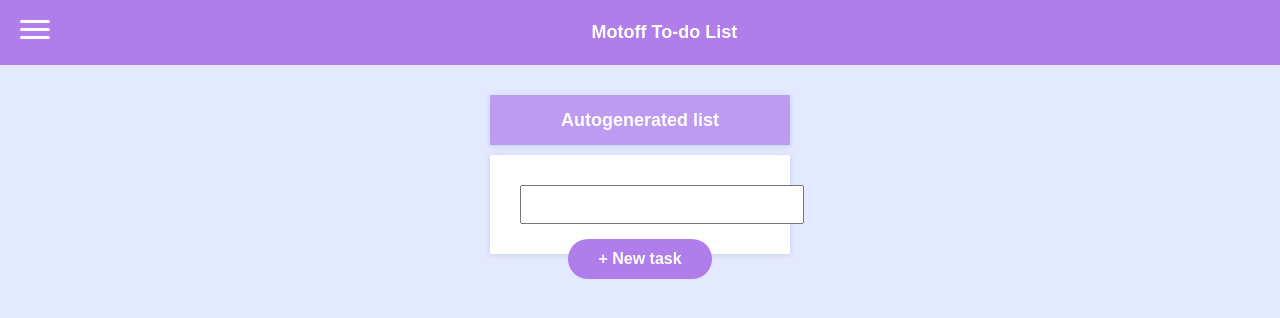
Repository: Amad-Mlinka/Todo-List-Vanilla-JS
Page: index.html
The author's editor kept a copy of each file at every save. The page is drawn from the files as they stood at one save, then again after the next save.
The browser window is 1280 px wide. The pictures show the whole page.
The page's requests for data from a server got no answer.

Above is the page before, as saved 2021-09-15 15:21:22.

### index.html
<!DOCTYPE html>
<html lang="en">
  <head>
    <meta charset="UTF-8" />
    <meta http-equiv="X-UA-Compatible" content="IE=edge" />
    <meta name="viewport" content="width=device-width, initial-scale=1.0" />
    <title>ToDo list</title>
    <link rel="stylesheet" href="/styles/style.css" />
    <link rel="stylesheet" href="/styles/hamburger.css" />
    <link rel="stylesheet" href="/styles/header.css" />
    <script
  src="https://code.jquery.com/jquery-3.6.0.slim.min.js"
  integrity="sha256-u7e5khyithlIdTpu22PHhENmPcRdFiHRjhAuHcs05RI="
  crossorigin="anonymous"></script>
    <script src="script.js"></script>
  </head>
  <body>
    <div class="headerContainer">
      <div class="header">
        <div class="hamburger" id="hamburger">
          <span></span>
          <span></span>
          <span></span>
        </div>
        <div class="titleContainer">
          <span class="title">Motoff To-do List</span>
        </div>
      </div>

      <div class="sidebar"></div>
    </div>
    <div class="container">
      <div class="listContainer">
        <div class="listItem" id="autogenerated">
          <div class="todoHeader">Autogenerated list</div>
          <div class="todoData">
            <div class="newTask">
              <input type="text" name="newTask" id="newTask" class="newTask">
            </div>
          </div>

          <div class="addBtnContainer">
            <div class="addTaskBtn">+ New task</div>
          </div>
        </div>
      </div>
    </div>
  </body>
</html>

### styles/style.css
* {
  padding: 0;
  margin: 0;
}

body {
  background-color: rgb(227, 233, 255);
}
.container {
  display: flex;
  flex-direction: column;
  width: 80%;
  margin: auto;
}
.listContainer {
  width: 100%;
  display: flex;
  flex-direction: row;
  flex-wrap: wrap;
  justify-content: center;
}
.listItem {
  display: flex;
  flex-direction: column;
  width: 300px;
  margin: 30px;

}
.todoHeader {
  width: 100%;
  padding: 10px 0px;
  display: flex;
  justify-content: center;
  align-items: center;
  height: 30px;
  background: #af7eeab9;
  font-family: sans-serif;
  font-size: 18px;
  font-weight: bolder;
  color: white;
  margin-bottom: 10px;
  box-shadow: 0px 1px 6px 0px rgb(0 0 0 / 12%);
  -webkit-box-shadow: 0px 1px 6px 0px rgb(0 0 0 / 12%);
  -moz-box-shadow: 0px 1px 6px 0px rgb(0 0 0 / 12%);
}
.todoData {
  display: flex;
  flex-direction: column;
  background: #fff;
  padding: 20px;
  box-shadow: 0px 1px 6px 0px rgb(0 0 0 / 12%);
  -webkit-box-shadow: 0px 1px 6px 0px rgb(0 0 0 / 12%);
  -moz-box-shadow: 0px 1px 6px 0px rgb(0 0 0 / 12%);
}
.todoItem {
  display: flex;
  width: 100%;
  justify-content: space-between;
  margin: 10px 0;
}
.checkDescription {
  width: fit-content;
  max-width: 90%;
  display: flex;
  align-items: center;
}
.todoCheck {
  margin-right: 20px;
}

.deleteIcon {
  width: 13px;
  color: #b7bac9;
}
.checkCircle {
  width: 1.3em;
  height: 1.3em;
  background-color: white;
  border-radius: 50%;
  vertical-align: middle;
  border: 2px solid #b7bac9;
  appearance: none;
  -webkit-appearance: none;
  outline: none;
  cursor: pointer;
}
.checkCircle:checked {
  background-color: #af7eeab9;
}
.todoDescription {
  font-family: sans-serif;
  font-size: 16px;
  font-weight: bolder;
  color: #b7bac9;
  overflow-wrap: anywhere;
}

.addBtnContainer {
  margin: -15px auto 0px auto;
  height: 30px;
  padding: 5px 30px;
  border-radius: 20px;
  background: #af7eea;
  font-family: sans-serif;
  font-weight: bolder;
  color: #fff;
  display: flex;
  align-items: center;
  cursor: pointer;
  transition: all 0.3s ease-in-out;
}
.addBtnContainer:hover {
  transform: scale(1.1);
  transition: all 0.3s ease-in-out;
}

.newTask{
  width: 100%;
  padding: 10px;
}

### styles/hamburger.css

  .hamburger {
    width: 30px;
    height: 25px;
    position: relative;
    -webkit-transform: rotate(0deg);
    -moz-transform: rotate(0deg);
    -o-transform: rotate(0deg);
    transform: rotate(0deg);
    -webkit-transition: 0.5s ease-in-out;
    -moz-transition: 0.5s ease-in-out;
    -o-transition: 0.5s ease-in-out;
    transition: 0.5s ease-in-out;
    cursor: pointer;
    margin: 10px;
  }

  .hamburger span {
    position: absolute;
    height: 3px;
    width: 30px;
    background: white;
    border-radius: 10px;
    opacity: 1;
    left: 0;
    -webkit-transform: rotate(0deg);
    -moz-transform: rotate(0deg);
    -o-transform: rotate(0deg);
    transform: rotate(0deg);
    -webkit-transition: 0.25s ease-in-out;
    -moz-transition: 0.25s ease-in-out;
    -o-transition: 0.25s ease-in-out;
    transition: 0.25s ease-in-out;
  }


  .hamburger span:nth-child(1) {
  top: 0px;
  -webkit-transform-origin: left center;
  -moz-transform-origin: left center;
  -o-transform-origin: left center;
  transform-origin: left center;
  }

  .hamburger span:nth-child(2) {
  top: 8px;
  -webkit-transform-origin: left center;
  -moz-transform-origin: left center;
  -o-transform-origin: left center;
  transform-origin: left center;
  }

  .hamburger span:nth-child(3) {
  top: 16px;
  -webkit-transform-origin: left center;
  -moz-transform-origin: left center;
  -o-transform-origin: left center;
  transform-origin: left center;
  }

  .hamburger.open span:nth-child(1) {
  -webkit-transform: rotate(45deg);
  -moz-transform: rotate(45deg);
  -o-transform: rotate(45deg);
  transform: rotate(45deg);
  top: -3px;
  left: 4px;
  }

  .hamburger.open span:nth-child(2) {
  width: 0%;
  opacity: 0;
  }

  .hamburger.open span:nth-child(3) {
  -webkit-transform: rotate(-45deg);
  -moz-transform: rotate(-45deg);
  -o-transform: rotate(-45deg);
  transform: rotate(-45deg);
  top: 18px;
  left: 4px;
  }

### styles/header.css
.header{
    display: flex;
    flex-direction: row;
    justify-content:space-between;
    background-color:#af7eea;
    padding: 10px;
}
.titleContainer{
    width: 100%;
    display: flex;
}
.title{
    color: white;
    margin: auto;
    font-family: sans-serif;
    font-size:18px;
    font-weight: bolder;
}

### script.js
var getTodos = async () => {
    var res = await fetch("https://jsonplaceholder.typicode.com/todos");
    var todosFull = await res.json();
    var todos = todosFull.slice(0, 20);
    console.log("Todos loaded")
    return todos;
}
var todoList = {
    todos: [],
    addTodo: function ({ userId, id, title, completed }) {
        this.todos.push({
            userId: userId,
            id: id,
            title: title,
            completed: completed,
        });
    },
    deleteTodo: function (position) {
        this.todos.splice(position, 1);
    },
    toggleCompleted: function (position) {
        var todo = this.todos[position];
        todo.completed = !todo.completed;
    },
};
const test = (i) => {
    console.log(i)
}

$(async () => {
    const hamburger = $("#hamburger")
    hamburger.click(function () {
        $(this).hasClass("open") ? $(this).removeClass("open") : $(this).addClass("open")
    })
    console.log("Hamburger loaded");

    const todos = await getTodos();
    todos.forEach(todo => todoList.addTodo(todo))
    console.log(todoList)
    var list=$(".todoData")

    todoList.todos.forEach((todo, i) => {
        var todoItem = $(`<div></div>`).addClass("todoItem").attr("id", i);
        var checkDescription=$("<div></div>").addClass("checkDescription")
        var todoCheck= $("<div></div>").addClass("todoCheck");
        var input=$("<input></input>").addClass("checkCircle").attr("type","checkbox").attr("id",i)
        todo.completed ? input.attr("checked","") : null;
        var todoDescription=$("<div></div>").addClass("todoDescription").text(todo.title)

        todoCheck.append(input)

        checkDescription.append(todoCheck).append(todoDescription)

        var todoDelete = $("<div></div>").addClass("todoDelete").attr("id",i)
        var deleteIcon=$("<img></img>").addClass("deleteIcon").attr("src","/public/images/trash.png")

        todoDelete.append(deleteIcon)

        input.change(function (){
            todoList.toggleCompleted($(this).attr("id"))
        })

        todoDelete.click(function() {
            todoList.deleteTodo($(this).attr("id"))
            console.log($(this).attr("id"))
            console.log(todoList.todos)
            $(this).parent().remove()
        })

        todoItem.append(checkDescription).append(todoDelete)
        list.prepend(todoItem)

    })


})

/*
 <div class="todoItem">
              <div class="checkDescription">
                <div class="todoCheck"><input type="checkbox" defaultchecked="false" class="checkCircle"></input></div>
                <div class="todoDescription">
                  <span class="todoText">Some kind of todo</span>
                </div>
              </div>

              <div class="todoDelete">
                  <img
                    class="deleteIcon"
                    src="/public/images/trash.png"
                    alt=""
                  />
                <div class="deleteTooltip"></div>
              </div>
            </div>
*/

After the next save:
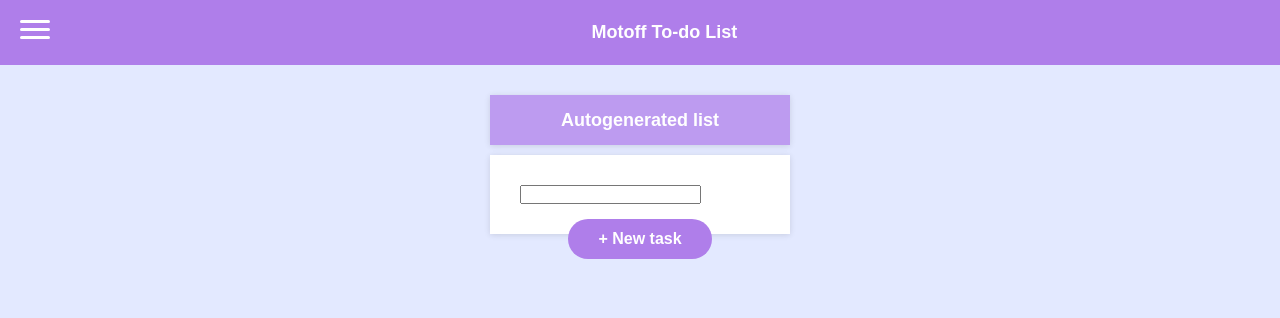
Saved 11 s later.
--- a/index.html
+++ b/index.html
@@ -35,7 +35,7 @@
           <div class="todoHeader">Autogenerated list</div>
           <div class="todoData">
             <div class="newTask">
-              <input type="text" name="newTask" id="newTask" class="newTask">
+              <input type="text" name="newTask" id="newTask" class="newTaskInput">
             </div>
           </div>
 
